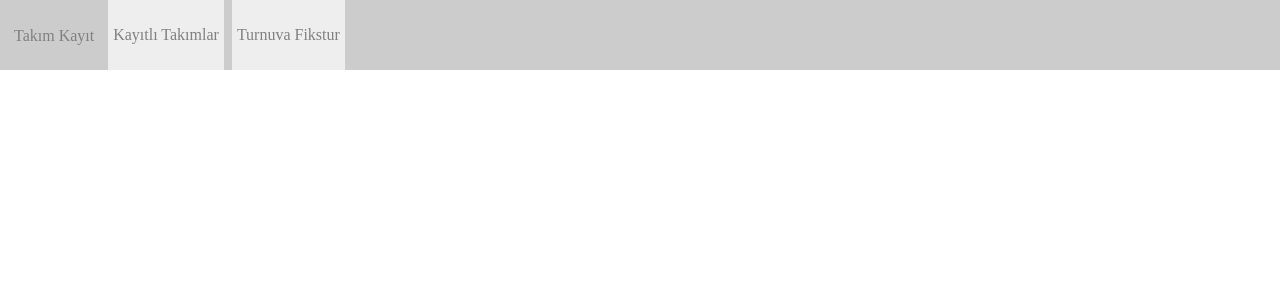
Repository: oktembaris77/internet_final
Page: http://localhost/internetfinal/
These files come from the project's save history. The page is drawn as it stood at one moment and after the next save; the edit follows.
The browser window is 1280 px wide. The pictures show the whole page.
The pointer rests on the first visible `#sayfabtn`.
The page is served by Tomcat 9.

Above is the page before, as saved 2020-05-11 19:33:26.

After the next save:
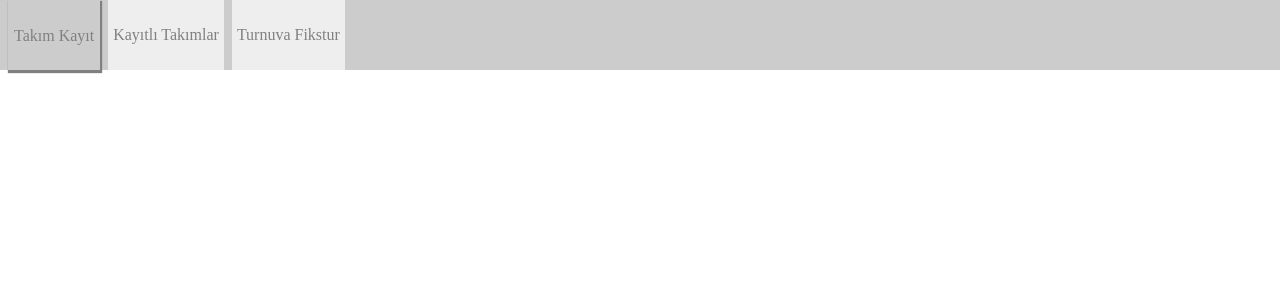
Saved 28 s later.
--- a/internetfinal/WebContent/index.jsp
+++ b/internetfinal/WebContent/index.jsp
@@ -40,7 +40,7 @@
 background-color:#ccc;
 color:gray;
 border:1px solid #ccc;
-shadow: 1px 2px 2px 3px;
+box-shadow: 1px 2px 1px 1px;
 }
 
 </style>
